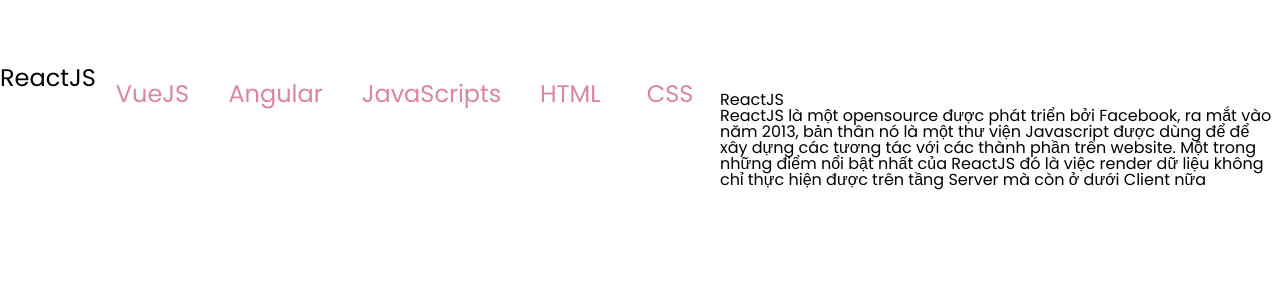
Repository: HoangLong0210/TabsUI
Page: index.html
These files come from the project's save history. The page is drawn as it stood at one moment and after the next save; the edit follows.
The browser window is 1280 px wide. The pictures show the whole page.

Above is the page before, as saved 2022-05-16 11:28:26.

After the next save:
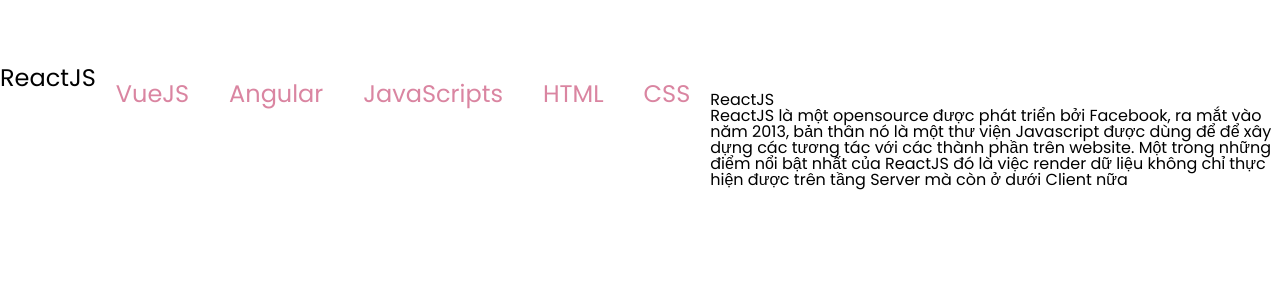
Saved 38 s later.
--- a/style.css
+++ b/style.css
@@ -25,29 +25,29 @@
 }
 
 .tabs .line {
-    position: absolute;
-    left: 0;
-    bottom: 0;
-    width: 0;
-    height: 6px;
-    border-radius: 15px;
-    background-color: #c23564;
-    transition: all 0.2s ease;
+  position: absolute;
+  left: 0;
+  bottom: 0;
+  width: 0;
+  height: 6px;
+  border-radius: 15px;
+  background-color: #c23564;
+  transition: all 0.2s ease;
 }
 
 .tab__item {
-  min-width: 100px;
-  padding: 16px 20px 11px 20px;
-  font-size: 2rem;
-  text-align: center;
-  color: #c23564;
-  background-color: #fff;
-  border-top-left-radius: 5px;
-  border-top-right-radius: 5px;
-  border-bottom: 5px solid transparent;
-  opacity: 0.6;
-  cursor: pointer;
-  transition: all 0.5s ease;
+    min-width: 80px;
+    padding: 16px 20px 11px 20px;
+    font-size: 20px;
+    text-align: center;
+    color: #c23564;
+    background-color: #fff;
+    border-top-left-radius: 5px;
+    border-top-right-radius: 5px;
+    border-bottom: 5px solid transparent;
+    opacity: 0.6;
+    cursor: pointer;
+    transition: all 0.5s ease;
 }
 
 .fab {
